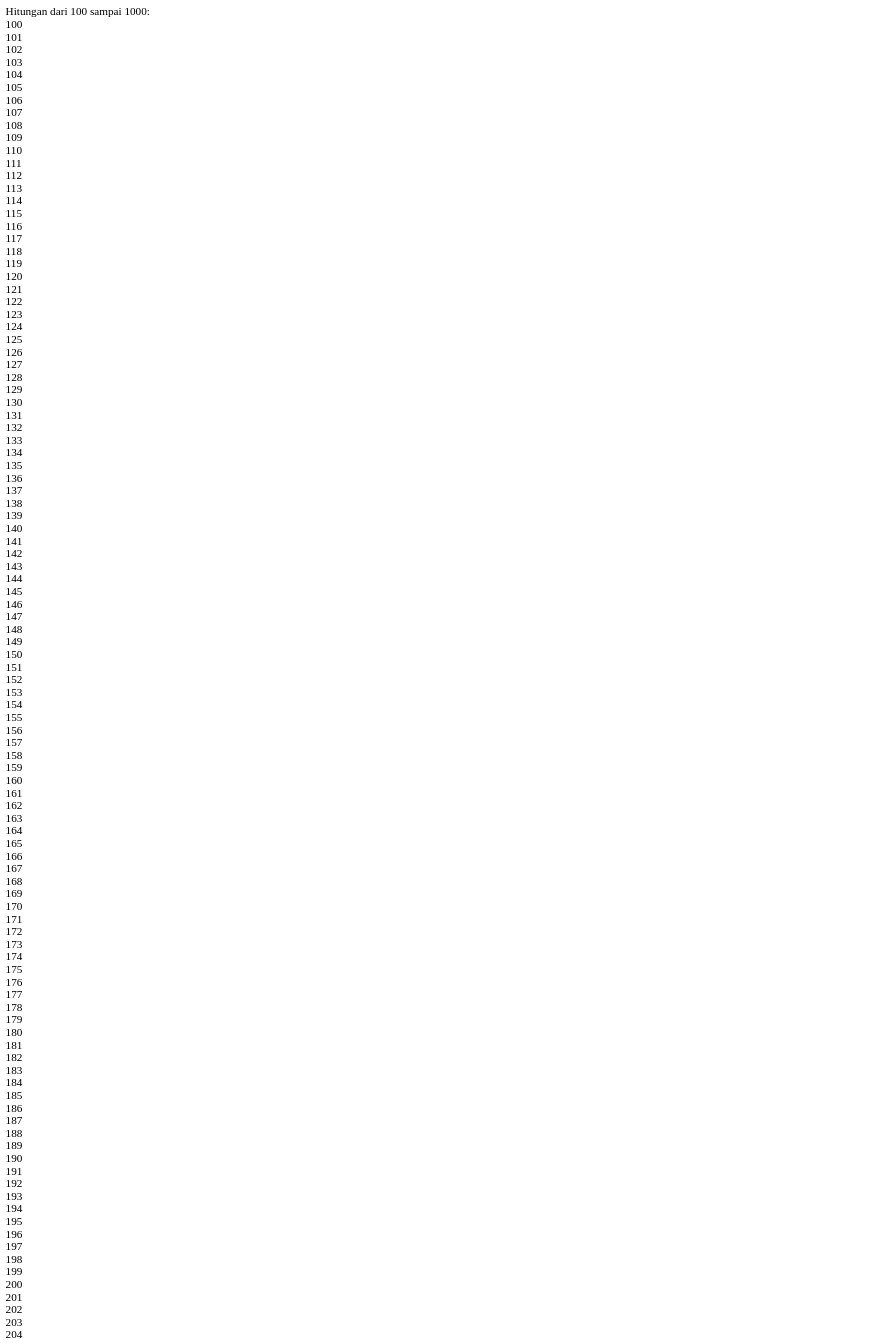
Repository: Bearli-py/latihan_PHP
Page: http://localhost/tugas_php3.php
An editor plug-in stored every save of this project. The page is shown before and after the next save, followed by the edit.
The browser window is 1280 px wide. The pictures show the part of the page from y = 0 to 1920 px (the page is 16252 px tall before and 955 px after), at 70% of full size.
The page is run by PHP 8.4 with error messages shown; the project is at /var/www/html/.

Above is the page before, as saved 2025-09-30 13:47:26.

### tugas_php3.php
<?php
echo "Hitungan dari 100 sampai 1000: <br>";

// pakai FOR
for($i = 100; $i <= 1000; $i++) {
    echo $i . "<br>";
}

// pakai WHILE
/*
$i = 100;
while($i <= 1000) {
    echo $i . "<br>";
    $i++;
}
*/
?>

After the next save:
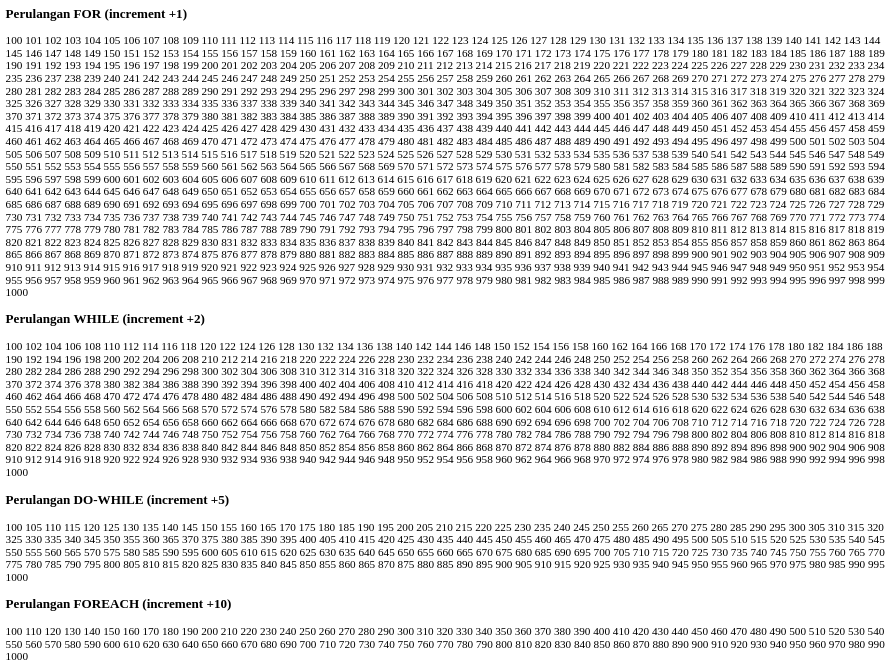
Saved 4 min 44 s later.
--- a/tugas_php3.php
+++ b/tugas_php3.php
@@ -1,17 +1,27 @@
 <?php
-echo "Hitungan dari 100 sampai 1000: <br>";
-
-// pakai FOR
-for($i = 100; $i <= 1000; $i++) {
-    echo $i . "<br>";
+echo "<h3>Perulangan FOR (increment +1)</h3>";
+for($i = 100; $i <= 1000; $i+=1) {
+    echo $i . " ";
 }
 
-// pakai WHILE
-/*
-$i = 100;
-while($i <= 1000) {
-    echo $i . "<br>";
-    $i++;
+echo "<h3>Perulangan WHILE (increment +2)</h3>";
+$j = 100;
+while($j <= 1000) {
+    echo $j . " ";
+    $j += 2;
 }
-*/
+
+echo "<h3>Perulangan DO-WHILE (increment +5)</h3>";
+$k = 100;
+do {
+    echo $k . " ";
+    $k += 5;
+} while($k <= 1000);
+
+echo "<h3>Perulangan FOREACH (increment +10)</h3>";
+// bikin array dari 100 sampai 1000
+$angka = range(100, 1000, 10); // auto naik 10
+foreach($angka as $val) {
+    echo $val . " ";
+}
 ?>
